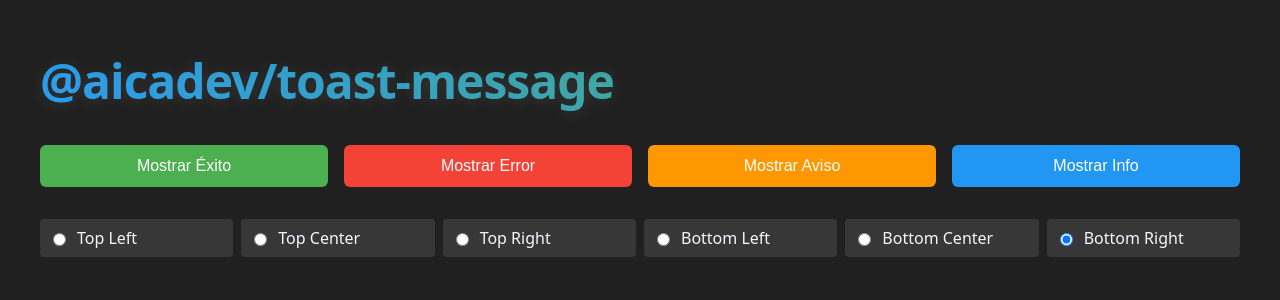
Repository: aitorcachero/aicadev-toast-message
Page: index.html
An editor plug-in stored every save of this project. The page is shown before and after a run of saves, followed by the edit.
The browser window is 1280 px wide. The pictures show the whole page.

Above is the page before, as saved 2025-05-22 17:52:28.

### index.html
<!DOCTYPE html>
<html lang="es">

<head>
  <meta charset="UTF-8" />
  <meta name="viewport" content="width=device-width, initial-scale=1.0" />
  <title>Toast Message Demo</title>
  <style>
    body {
      font-family: system-ui, -apple-system, sans-serif;
      max-width: 1200px;
      margin: 0 auto;
      padding: 1rem;
      background-color: rgb(32, 32, 32);
    }

    h1 {
      color: transparent;
      background: linear-gradient(45deg, #2196f3, #4caf50, #ff9800);
      background-size: 200% 200%;
      background-clip: text;
      -webkit-background-clip: text;
      font-size: clamp(2rem, 5vw, 3rem);
      font-weight: 800;
      text-align: start;
      margin-bottom: 2rem;
      animation: gradient 5s ease infinite;
      text-shadow: 0 2px 15px rgba(255, 255, 255, 0.1);
      letter-spacing: -1px;
    }

    .button-group {
      display: flex;
      gap: 0.75rem;
      flex-wrap: wrap;
      margin: 1.5rem 0;
    }

    button {
      padding: 0.75rem 1rem;
      border: none;
      border-radius: 6px;
      cursor: pointer;
      font-weight: 500;
      transition: all 0.2s;
      flex: 1;
      min-width: 140px;
      font-size: clamp(0.875rem, 2vw, 1rem);
    }

    .radio-group {
      display: grid;
      grid-template-columns: repeat(auto-fit, minmax(150px, 1fr));
      gap: 0.5rem;
      color: aliceblue;
    }

    .radio-option {
      display: flex;
      align-items: center;
      gap: 0.5rem;
      padding: 0.5rem;
      border-radius: 4px;
      background: rgba(255, 255, 255, 0.1);
    }

    .radio-option:hover {
      background: rgba(255, 255, 255, 0.15);
    }

    @media (max-width: 600px) {
      body {
        padding: 1rem;
      }

      .button-group {
        gap: 0.5rem;
      }

      button {
        width: 100%;
        padding: 0.625rem 0.875rem;
      }

      .radio-group {
        grid-template-columns: repeat(2, 1fr);
      }
    }

    @keyframes gradient {
      0% {
        background-position: 0% 50%;
      }

      50% {
        background-position: 100% 50%;
      }

      100% {
        background-position: 0% 50%;
      }
    }

    .button-group {
      display: flex;
      gap: 1rem;
      flex-wrap: wrap;
      margin: 2rem 0;
    }

    button {
      padding: 0.75rem 1.5rem;
      border: none;
      border-radius: 6px;
      cursor: pointer;
      font-weight: 500;
      transition: all 0.2s;
    }

    button:hover {
      transform: translateY(-2px);
    }

    .success {
      background: #4caf50;
      color: white;
    }

    .error {
      background: #f44336;
      color: white;
    }

    .warning {
      background: #ff9800;
      color: white;
    }

    .info {
      background: #2196f3;
      color: white;
    }
  </style>
</head>

<body>
  <h1>@aicadev/toast-message</h1>

  <div class="button-group">
    <button class="success"
      onclick="showToast('¡Operación completada con éxito!', 'success', 3000, 'bottom-right', true)">
      Mostrar Éxito
    </button>

    <button class="error" onclick="showToast('Ha ocurrido un error', 'error', 4000, 'bottom-right', true)">
      Mostrar Error
    </button>

    <button class="warning" onclick="showToast('Advertencia: Acción pendiente', 'warning', 3000, 'bottom-right', true)">
      Mostrar Aviso
    </button>

    <button class="info" onclick="showToast('Información importante', 'info', 3000, 'bottom-right', true)">
      Mostrar Info
    </button>
  </div>

  <div class="radio-group">
    <div class="radio-option">
      <input type="radio" id="top-left" name="position" value="top-left">
      <label for="top-left">Top Left</label>
    </div>
    <div class="radio-option">
      <input type="radio" id="top-center" name="position" value="top-center">
      <label for="top-center">Top Center</label>
    </div>
    <div class="radio-option">
      <input type="radio" id="top-right" name="position" value="top-right">
      <label for="top-right">Top Right</label>
    </div>
    <div class="radio-option">
      <input type="radio" id="bottom-left" name="position" value="bottom-left">
      <label for="bottom-left">Bottom Left</label>
    </div>
    <div class="radio-option">
      <input type="radio" id="bottom-center" name="position" value="bottom-center">
      <label for="bottom-center">Bottom Center</label>
    </div>
    <div class="radio-option">
      <input type="radio" id="bottom-right" name="position" value="bottom-right" checked>
      <label for="bottom-right">Bottom Right</label>
    </div>
  </div>


  <script type="module">
    import './src/toast-message.js';

    window.showToast = function (message, type = 'info', duration = 3000, position = 'top-right', closeable = false) {
      // Obtener la posición seleccionada del radio button
      const selectedPosition = document.querySelector('input[name="position"]:checked').value;

      const toast = document.createElement('toast-message');
      toast.innerHTML = message;
      toast.setAttribute('type', type);
      toast.setAttribute('duration', duration);
      toast.setAttribute('position', selectedPosition); // Usar la posición seleccionada
      if (closeable) {
        toast.setAttribute('closeable', '');
      }
      document.body.appendChild(toast);
    };
  </script>
</body>

</html>

### src/toast-message.js
export class ToastMessage extends HTMLElement {
  static toasts = {
    'top-right': [],
    'top-left': [],
    'top-center': [],
    'bottom-right': [],
    'bottom-left': [],
    'bottom-center': [],
  };

  constructor() {
    super();
    this.attachShadow({ mode: 'open' });
  }

  connectedCallback() {
    const type = this.getAttribute('type') || 'info';
    const duration = parseInt(this.getAttribute('duration')) || 3000;
    const position = this.getAttribute('position') || 'top-right';
    const message = this.innerHTML;
    const closeable = this.hasAttribute('closeable');

    // Configurar posición inicial
    this.style.position = 'fixed';
    this.style.zIndex = '9999';

    // Reducido el espacio entre toasts a 60px (40px del toast + 20px de espacio)
    if (position.includes('bottom')) {
      const bottomOffset = 20 + ToastMessage.toasts[position].length * 60;
      this.style.bottom = `${bottomOffset}px`;
    } else {
      const topOffset = 20 + ToastMessage.toasts[position].length * 60;
      this.style.top = `${topOffset}px`;
    }

    // Posicionamiento horizontal
    if (position.includes('left')) {
      this.style.left = '20px';
    } else if (position.includes('right')) {
      this.style.right = '20px';
    } else {
      // Centrado correcto para posiciones center
      this.style.left = '50%';
      this.style.transform = position.includes('center') ? 'translate(-50%, 0)' : 'translateX(-50%)';
    }

    // Añadir al array
    ToastMessage.toasts[position].push(this);

    const colors = {
      success: '#4caf50',
      error: '#f44336',
      warning: '#ff9800',
      info: '#2196f3',
    };

    const icon = {
      success: '✔️',
      error: '❌',
      warning: '⚠️',
      info: 'ℹ️',
    };

    const style = `
      :host {
        display: block;
        opacity: 0;
        animation: ${position.includes('center') ? 'fadeInCenter' : 'fadeIn'} 0.3s ease-out forwards;
      }

      .toast {
        background: ${colors[type]};
        color: white;
        padding: 0.75rem 1rem;
        margin: 0.25rem 0;
        border-radius: 8px;
        box-shadow: 0 4px 12px rgba(0, 0, 0, 0.2);
        font-family: system-ui, -apple-system, sans-serif;
        font-size: 0.9rem;
        min-width: 250px;
        max-width: 350px;
        display: flex;
        align-items: center;
        justify-content: space-between;
        opacity: 0.95;
        transition: all 0.3s ease;
      }

      .toast.fade-out {
        opacity: 0;
        transform: ${
          position.includes('center')
            ? 'translate(-50%, 20px)'
            : `translateX(${position.includes('right') ? '100%' : '-100%'})`
        };
      }

      .toast:hover {
        opacity: 1;
        box-shadow: 0 6px 16px rgba(0, 0, 0, 0.3);
      }

      .content {
        display: flex;
        align-items: center;
        gap: 8px;
        flex: 1;
      }

      .close-btn {
        background: none;
        border: none;
        color: white;
        cursor: pointer;
        padding: 0 4px;
        font-size: 1.2rem;
        opacity: 0.7;
        transition: opacity 0.2s;
      }

      .close-btn:hover {
        opacity: 1;
      }

      @keyframes fadeIn {
        from {
          opacity: 0;
          transform: translateX(${position.includes('right') ? '100%' : '-100%'});
        }
        to {
          opacity: 1;
          transform: translateX(0);
        }
      }

      @keyframes fadeInCenter {
        from {
          opacity: 0;
          transform: translate(-50%, -20px);
        }
        to {
          opacity: 1;
          transform: translate(-50%, 0);
        }
      }
    `;

    const closeButton = closeable
      ? '<button class="close-btn" aria-label="Cerrar notificación">×</button>'
      : '';

    this.shadowRoot.innerHTML = `
      <style>${style}</style>
      <div class="toast" role="alert" aria-live="polite">
        <div class="content">
          <span aria-hidden="true">${icon[type]}</span>
          <span>${message}</span>
        </div>
        ${closeButton}
      </div>
    `;

    if (closeable) {
      this.shadowRoot
        .querySelector('.close-btn')
        .addEventListener('click', () => {
          this.startRemoval();
        });
    }

    if (duration !== 0) {
      setTimeout(() => this.startRemoval(), duration);
    }
  }

  startRemoval() {
    const toast = this.shadowRoot.querySelector('.toast');
    const position = this.getAttribute('position') || 'top-right';

    toast.classList.add('fade-out');

    setTimeout(() => {
      const index = ToastMessage.toasts[position].indexOf(this);
      if (index > -1) {
        ToastMessage.toasts[position].splice(index, 1);
        this.remove();
        this.updateRemainingToasts(position);
      }
    }, 300);
  }

  updateRemainingToasts(position) {
    const toasts = ToastMessage.toasts[position];
    toasts.forEach((toast, i) => {
      if (position.includes('bottom')) {
        toast.style.bottom = `${20 + i * 60}px`; // Actualizado el espaciado
      } else {
        toast.style.top = `${20 + i * 60}px`; // Actualizado el espaciado
      }
    });
  }

  disconnectedCallback() {
    const closeBtn = this.shadowRoot.querySelector('.close-btn');
    if (closeBtn) {
      closeBtn.removeEventListener('click', () => this.startRemoval());
    }
  }
}

if (!customElements.get('toast-message')) {
  customElements.define('toast-message', ToastMessage);
}

After the next 2 saves:
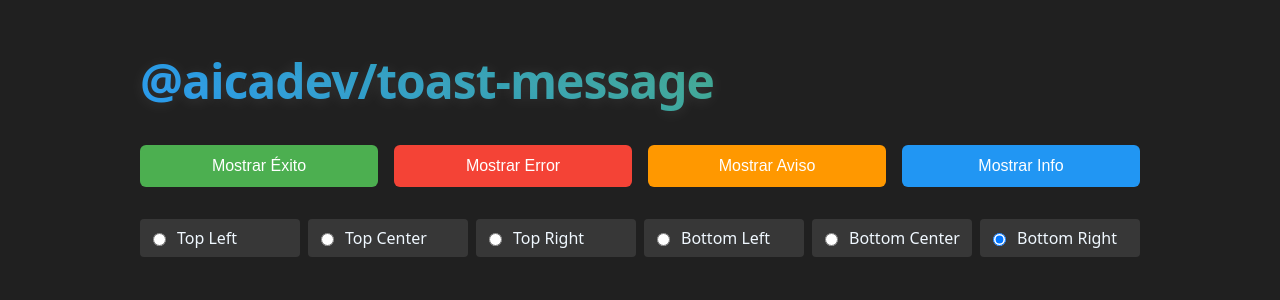
The 2 saves are shown as one change because they came seconds apart.
The last was saved 22 s later.
--- a/index.html
+++ b/index.html
@@ -8,7 +8,7 @@
   <style>
     body {
       font-family: system-ui, -apple-system, sans-serif;
-      max-width: 1200px;
+      max-width: 1000px;
       margin: 0 auto;
       padding: 1rem;
       background-color: rgb(32, 32, 32);
